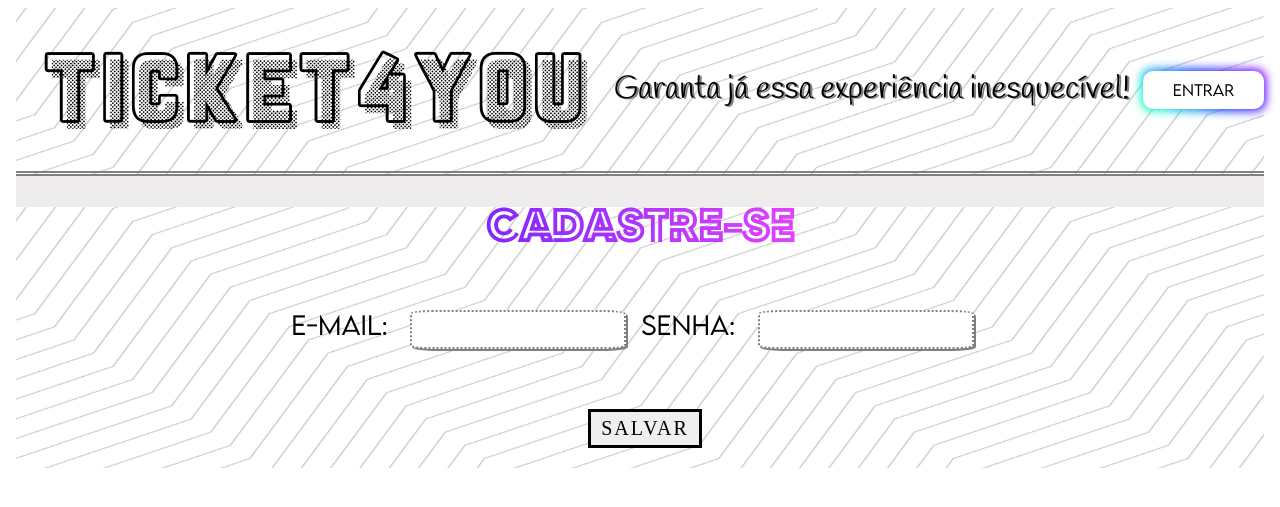
Repository: hellengurgaczz/projeto-DSA
Page: /login/cadastro
These files come from the project's save history. The page is drawn as it stood at one moment and after the next save; the edit follows.
The browser window is 1280 px wide. The pictures show the whole page.
The project was rebuilt for these pictures with package versions that can differ from the ones it lists, and the page was loaded fresh each time. Also part of the build but not shown: angular.json, src/app/ingressos/templates/cadastrar/cadastrar.component.ts, src/app/models/ingresso.model.ts, src/app/services/ingresso.service.ts, src/app/compra/comprar-ingresso/comprar-ingresso.component.ts, src/app/models/compra.model.ts, src/app/services/compra.service.ts, src/app/ingressos/templates/deletar/deletar.component.ts and 3 more.

Above is the page before, as saved 2022-05-30 14:23:38.

After the next save:
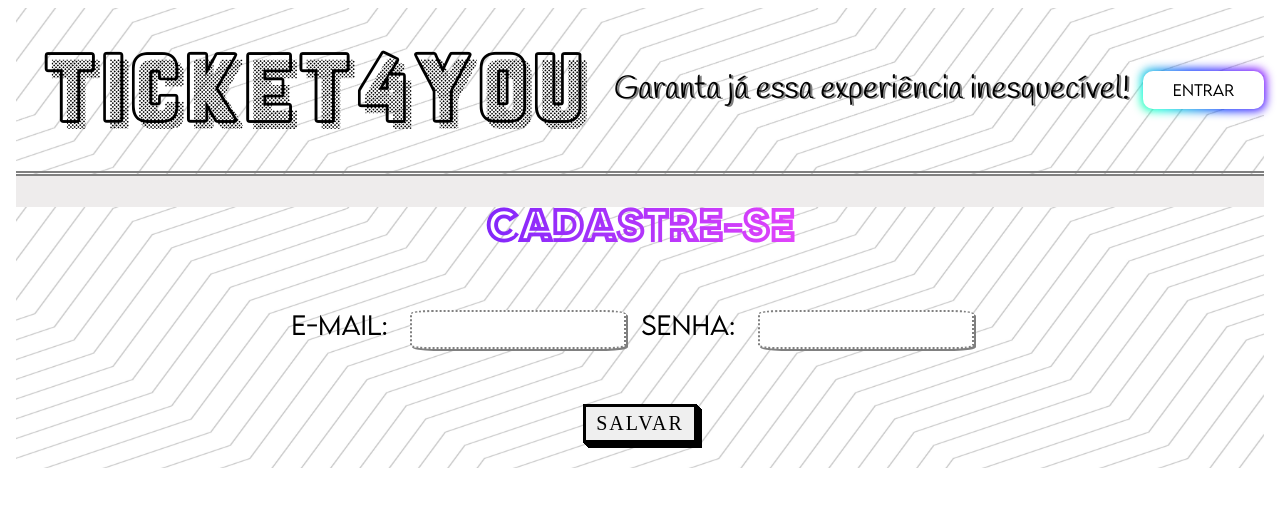
Saved 4 s later.
--- a/src/app/login/login-cadastro/login-cadastro.component.css
+++ b/src/app/login/login-cadastro/login-cadastro.component.css
@@ -55,7 +55,7 @@
   margin: 25px;
 }
 
-.btnSalvarLogin:active, .primary{
+.btnSalvarLogin:active, .primary:active{
   box-shadow: 0px 0px 0px 0px;
   top: 5px;
   left: 5px;
